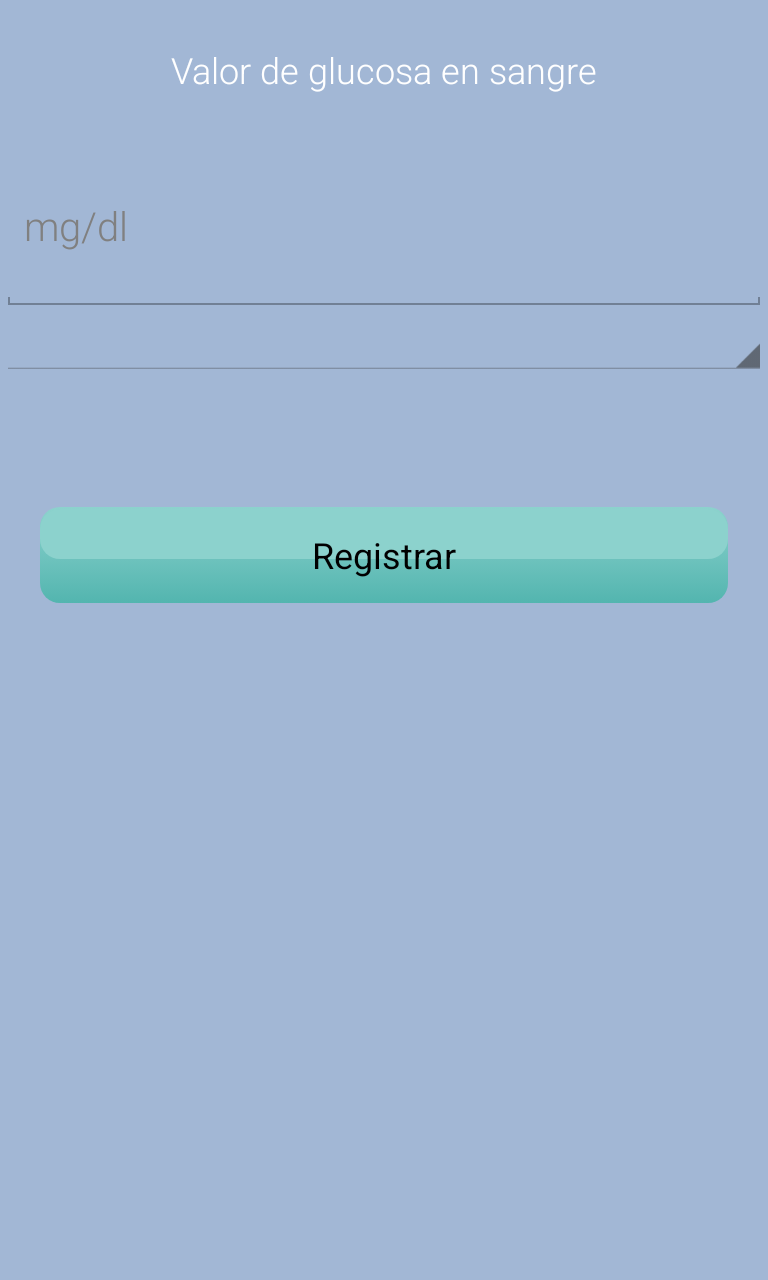
Repository: HectorGarciaMiguel/ssii-diabetes-060036
Layout: SeguimientoDiabetes/res/layout/activity_insertar_medicion.xml
An editor plug-in stored every save of this project. The layout is shown before and after the next save, followed by the edit.
It is drawn on a 768 x 1280 px phone screen (xhdpi) without system bars, with theme AppTheme; the app's code is not run.

Above is the layout before, as saved 2015-11-17 08:38:31.

### SeguimientoDiabetes/res/layout/activity_insertar_medicion.xml
<TableLayout xmlns:android="http://schemas.android.com/apk/res/android"
    xmlns:tools="http://schemas.android.com/tools"
    android:id="@+id/TableLayout1"
    android:layout_width="fill_parent"
    android:layout_height="fill_parent"
    android:layout_gravity="top|center"
    android:stretchColumns="*"
    tools:context=".MainActivity" >

    <TableRow
        android:id="@+id/tableRow1"
        android:layout_width="0px"
        android:layout_height="0px"
        android:layout_weight="1" >

        <TextView
            android:id="@+id/textView1"
            android:layout_width="wrap_content"
            android:layout_height="wrap_content"
            android:layout_gravity="center_vertical|center_horizontal"
            android:text="Valor de glucosa en sangre" />

    </TableRow>

    <TableRow
        android:id="@+id/tableRow2"
        android:layout_width="0px"
        android:layout_height="0px"
        android:layout_weight="1" >

        <EditText
            android:id="@+id/editText1"
            android:layout_width="wrap_content"
            android:layout_height="fill_parent"
            android:hint="mg/dl"
            android:inputType="number" >

        </EditText>

    </TableRow>

    <TableRow
        android:layout_width="0px"
        android:layout_height="0px"
        android:layout_weight="1" >

        <Spinner android:id="@+id/CmbOpciones"
   	 	android:layout_width="wrap_content"
    	android:layout_height="wrap_content"/>


    </TableRow>


    <TableRow
        android:layout_width="0px"
        android:layout_height="0px"
        android:layout_weight="7"
        android:padding="20dp">

        <Button
            android:id="@+id/button1"
        	android:background="@drawable/mibotonverde"
            android:layout_weight="1"
            android:onClick="pasarRecomendacionActivity"
            android:text="Registrar" />

    </TableRow>




</TableLayout>

### SeguimientoDiabetes/res/drawable/mibotonverde.xml
<?xml version="1.0" encoding="utf-8"?>
<selector xmlns:android="http://schemas.android.com/apk/res/android" >

 <item android:state_pressed="true">
     <layer-list >
       <item >
           <shape android:shape="rectangle">
            <gradient
  				  android:startColor="#104849"
                  android:endColor="#0B393A"
                  android:angle="-90"
                  android:type="linear"
                  />
            <corners android:radius="10dp" />
            </shape>
            </item>
            <item android:top="1dp" android:bottom="22dp" >
 	 <shape android:shape="rectangle">
  				<solid android:color="#104849"/>
              <corners android:radius="10dp" />

            </shape>
      </item>
      </layer-list>
  </item>




<item android:state_focused="true">
     <layer-list >
       <item >
           <shape android:shape="rectangle">
            <gradient
  				  android:startColor="#104849"
                  android:endColor="#0B393A"
                  android:angle="-90"
                  android:type="linear"
                  />
            <corners android:radius="10dp" />
            </shape>
            </item>
            <item android:top="1dp" android:bottom="50px" >
  <shape android:shape="rectangle">
  <solid android:color="#104849"/>
              <corners android:radius="10dp" />

            </shape>
      </item>
      </layer-list>
  </item>







 <item>
     <layer-list >
       <item >
           <shape android:shape="rectangle">
            <gradient
  				  android:startColor="#8CD2CD"
                  android:endColor="#53B5AF"
                  android:angle="-90"
                  android:type="linear"
                  />
			<corners android:radius="10dp" />
			</shape>
        </item>
        <item android:top="1dp" android:bottom="22dp" >
  			<shape android:shape="rectangle">
  			<solid android:color="#8CD2CD"/>
       			<corners android:radius="10dp" />
           </shape>
      </item>
      </layer-list>
  </item>
</selector>

Loaded but not shown: SeguimientoDiabetes/res/values/styles.xml (common file); SeguimientoDiabetes/res/values-v11/styles.xml (common file); SeguimientoDiabetes/res/values-v14/styles.xml (common file)

After the next save:
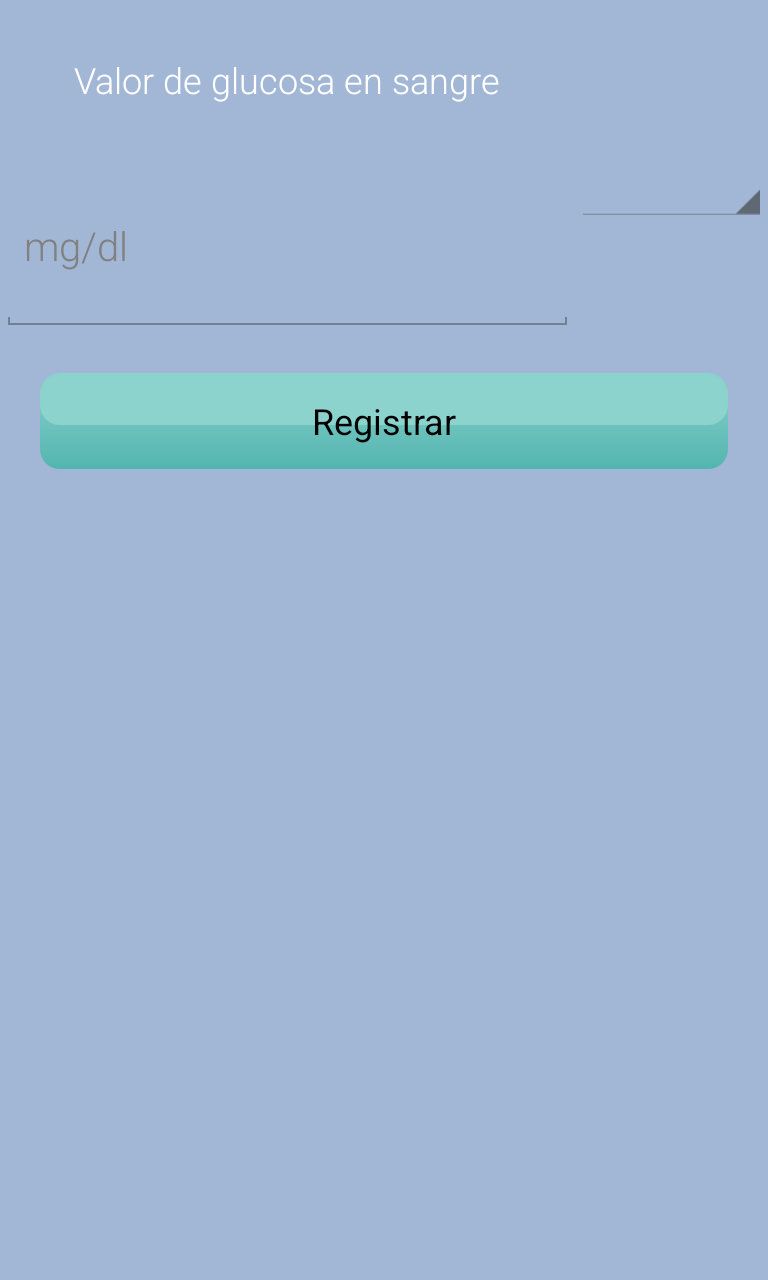
Saved 46 s later.
--- a/SeguimientoDiabetes/res/layout/activity_insertar_medicion.xml
+++ b/SeguimientoDiabetes/res/layout/activity_insertar_medicion.xml
@@ -34,15 +34,7 @@
             android:layout_height="fill_parent"
             android:hint="mg/dl"
             android:inputType="number" >
-
         </EditText>
-
-    </TableRow>
-
-    <TableRow
-        android:layout_width="0px"
-        android:layout_height="0px"
-        android:layout_weight="1" >
 
         <Spinner android:id="@+id/CmbOpciones"
    	 	android:layout_width="wrap_content"
